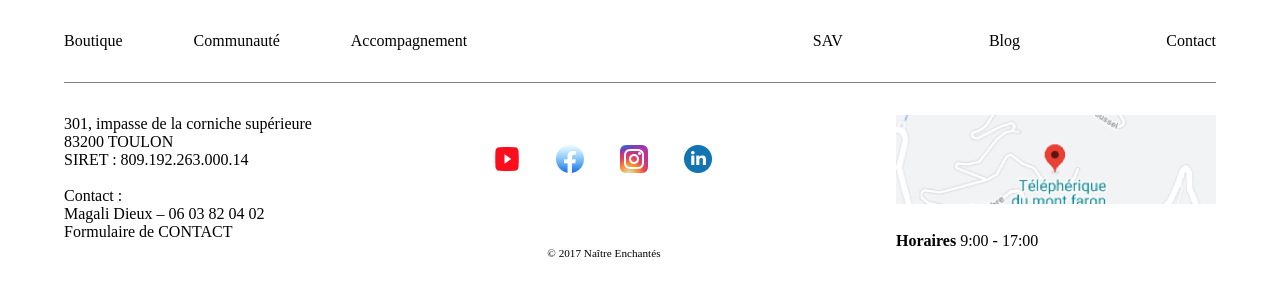
Repository: Khadija-Asa/naitre-enchantes
Page: footer.html
These files come from the project's save history. The page is drawn as it stood at one moment and after the next save; the edit follows.
The browser window is 1280 px wide. The pictures show the whole page.

Above is the page before, as saved 2020-11-24 23:33:06.

### footer.html
<!DOCTYPE html>
<html lang="en">
<head>
    <meta charset="UTF-8">
    <meta name="viewport" content="width=device-width, initial-scale=1.0">
    <title>naître enchantés</title>
    <link rel="stylesheet" href="footer.css">
</head>
<body>
    <footer>
        <div class="footer_top">
            <ul class="top_left">
                <li>Boutique</li>
                <li>Communauté</li>
                <li>Accompagnement</li>
            </ul>
            <ul class="top_right">
                <li>SAV</li>
                <li>Blog</li>
                <li>Contact</li>
            </ul>
        </div>
        <div class="footer_bottom">
            <div class="bottom_left">
                <p>301, impasse de la corniche supérieure <br>
                    83200 TOULON <br>
                    SIRET : 809.192.263.000.14 <br><br>

                    Contact : <br>
                    Magali Dieux – 06 03 82 04 02 <br>
                    Formulaire de CONTACT</p>
            </div>
            <div class="bottom_middle">
                <ul>
                    <li><a href=""><img src="img/youtube.png" alt="icon" class="icon_footer"></a></li>
                    <li><a href=""><img src="img/Group 1.png" alt="icon" class="icon_footer"></a></li>
                    <li><a href=""><img src="img/instagram.png" alt="icon" class="icon_footer"></a></li>
                    <li><a href=""><img src="img/linkedin.png" alt="icon" class="icon_footer"></a></li>
                </ul>
                <p> © 2017 Naître Enchantés</p>
            </div>
            <div class="bottom_right">
                <img src="img/Rectangle 38.png" alt="google map">
                <p> <b>Horaires   </b> 9:00 - 17:00</p>
            </div>
        </div>
    </footer>
</body>
</html>

### footer.css
* {
    margin: 0;
    padding: 0;
    font-family: ;
}
footer {
    margin: 2em 5% 0;
}
.footer_top {
    display: flex;
    justify-content: space-between;
    flex-wrap: wrap;
    align-items: center;
    margin: 2em auto;
    padding-bottom: 2em;
    border-bottom: solid 1px gray;
}

.top_left,
.top_right {
    display: flex;
    justify-content: space-between;
    flex-wrap: wrap;
    align-items: center;
    list-style: none;
    width: 35%;
}

.footer_bottom {
    display: flex;
    justify-content: space-between;
    flex-wrap: wrap;
    padding-bottom: 3em;
}
.footer_bottom ul {
    list-style: none;
    display: flex;
    justify-content: space-around;
    flex-wrap: wrap;
    align-items: center;
    margin: 1.5em auto 4em;
}
.footer_bottom li a {
    color: black;
    text-decoration: none;
}

.bottom_middle {
    width: 22%;
}
.bottom_middle p {
    font-size: .7em;
    text-align: center;
}
.bottom_right img{
    width: 20em;
    margin-bottom: 1.5em;
}
b {
    font-size: ;
}

After the next save:
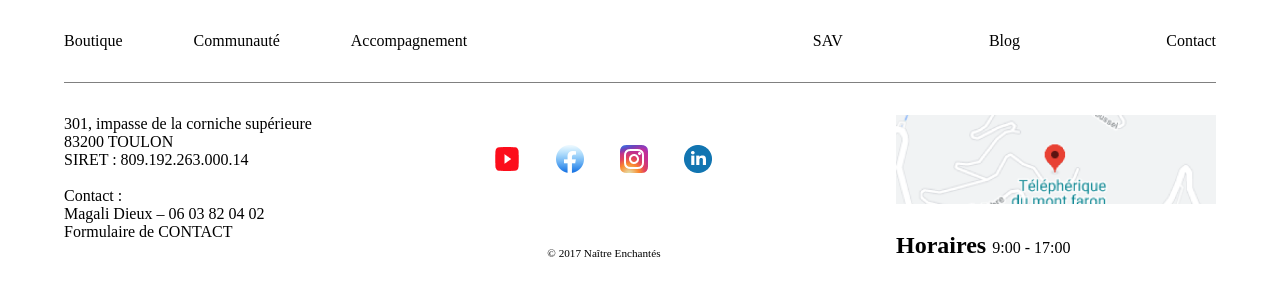
Saved 4 s later.
--- a/footer.css
+++ b/footer.css
@@ -57,5 +57,5 @@
     margin-bottom: 1.5em;
 }
 b {
-    font-size: ;
+    font-size: 1.5em;
 }
